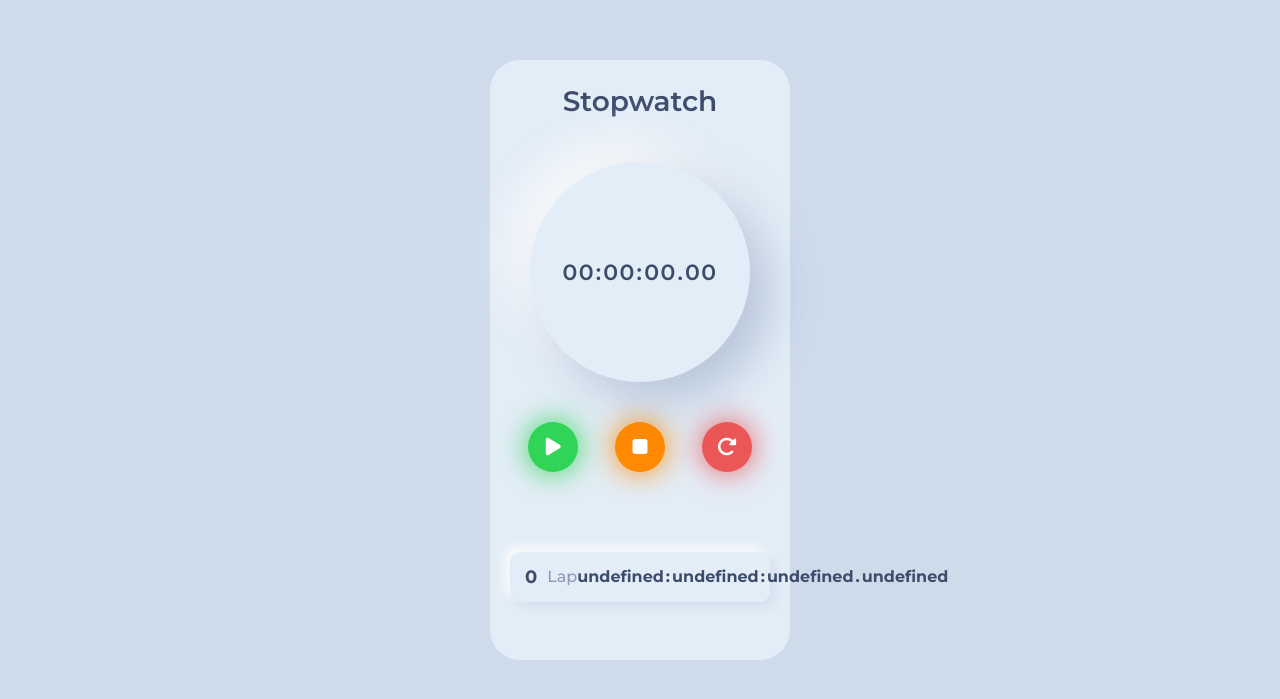
Repository: dinhtri123/stopwatch
Page: index.html
These files come from the project's save history. The page is drawn as it stood at one moment and after a run of saves; the edit follows.
The browser window is 1280 px wide. The pictures show the whole page.
After loading, the first visible `button.btn-reset` was clicked once.

Above is the page before, as saved 2023-01-05 15:26:06.

### index.html
<!DOCTYPE html>
<html lang="en">
  <head>
    <meta charset="UTF-8" />
    <meta http-equiv="X-UA-Compatible" content="IE=edge" />
    <meta name="viewport" content="width=device-width, initial-scale=1.0" />
    <link
      rel="stylesheet"
      href="https://cdnjs.cloudflare.com/ajax/libs/font-awesome/6.2.1/css/all.min.css"
    />
    <title>Stop Watch</title>
    <link rel="stylesheet" href="style.css" />
  </head>
  <body>
    <div class="wrapper">
      <h3>Stopwatch</h3>
      <div class="timer">
        <div class="effects"></div>
        <p class="hours">00</p>
        <span>:</span>
        <p class="minutes">00</p>
        <span>:</span>
        <p class="seconds">00</p>
        <span>.</span>
        <p class="milis">00</p>
      </div>
      <div class="btn">
        <button class="btn-start">
          <i class="fa-solid fa-play start"></i>
        </button>
        <button class="btn-stop" disabled>
          <i class="fa-solid fa-stop stop"></i>
        </button>
        <button class="btn-reset">
          <i class="fa-solid fa-rotate-right reset"></i>
        </button>
      </div>
      <div class="history">
        <!-- <div class="lap">
          <div class="number-lap">
            <p>1</p>
            <span>Lap</span>
          </div>
          <div class="timer-lap">
            <p>01</p>
            <span>:</span>
            <p>00</p>
            <span>:</span>
            <p>00</p>
          </div>
        </div> -->
      </div>
    </div>
  </body>
  <script src="index.js"></script>
</html>

### style.css
@import url("https://fonts.googleapis.com/css2?family=Montserrat:wght@400;500;600;700&display=swap");
* {
  margin: 0;
  padding: 0;
  box-sizing: border-box;
  font-family: "Montserrat", sans-serif;
}
body {
  width: 100%;
  min-height: 100vh;
  height: 100%;
  font-size: 16px;
  line-height: 1.5;
  font-weight: 400;
  background-color: #cddbeb;
  display: flex;
  justify-content: center;
  align-items: center;
}
.wrapper {
  width: 300px;
  height: 600px;
  border-radius: 30px;
  background: #e3edf7;
  padding: 20px;
  display: flex;
  flex-direction: column;
  justify-content: flex-start;
  align-items: center;
  gap: 40px;
}
h3 {
  font-size: 28px;
  color: #3c4c6b;
  text-align: center;
  font-weight: 600;
}
.timer {
  background-color: #e3edf7;
  width: 220px;
  height: 220px;
  border-radius: 50%;
  display: flex;
  justify-content: center;
  align-items: center;
  gap: 3px;
  box-shadow: 20px 20px 45px #6a80a85d, -20px -20px 45px #fbfbfbd9;
  font-size: 22px;
  font-weight: 600;
  color: #3c4c6b;
  letter-spacing: 1.5px;
  position: relative;
}
.timer > p {
  width: 28px;
  display: flex;
  justify-content: center;
  align-items: center;
}
.effects {
  position: absolute;
  inset: 0;
  width: 220px;
  height: 220px;
  border-radius: 50%;
  border-top: 3px solid #6a80a899;
  border-right: 3px solid transparent;
  animation: during 1s linear infinite;
  display: none;
}
.effects:before {
  content: "";
  position: absolute;
  top: 29px;
  right: 22px;
  width: 10px;
  height: 10px;
  border-radius: 50%;
  background-color: #3c4c6bb7;
  box-shadow: 0px 0px 10px #3c4c6b;
}
@keyframes during {
  to {
    transform: rotate(360deg);
  }
}

.btn {
  width: 100%;
  display: flex;
  justify-content: space-around;
}
button {
  background-color: #e3edf7;
  border: none;
  outline: none;
  border-radius: 50%;
  width: 50px;
  height: 50px;
  font-weight: 700;
  color: #3c4c6b;
  cursor: pointer;
  font-size: 20px;
  display: flex;
  justify-content: center;
  align-items: center;
  color: white;
}
.btn-start {
  background: #30d457;
  /* box-shadow: 5px 5px 10px #30d4569d, -5px -5px 10px #fbfbfb; */
  box-shadow: 0px 0px 30px #30d456fd;
}
.btn-stop {
  background: #ff8900;
  /* box-shadow: 5px 5px 10px #ff8900, -5px -5px 10px #fbfbfb; */
  box-shadow: 0px 0px 30px #ff8900;
  cursor: not-allowed;
}
.btn-reset {
  background-color: #eb5757;
  /* box-shadow: 5px 5px 10px #eb5757, -5px -5px 10px #fbfbfb; */

  box-shadow: 0px 0px 30px #eb5757;
}

.history {
  width: 100%;
  display: flex;
  flex-direction: column;
  gap: 20px;
}
.lap {
  width: 100%;
  height: 50px;
  background-color: #e3edf7;
  border-radius: 10px;
  box-shadow: 5px 5px 10px #6a80a81e, -5px -5px 10px #fbfbfb;
  display: flex;
  justify-content: space-between;
  align-items: center;
  padding: 10px 15px;
}
.number-lap {
  display: flex;
  align-items: center;
  gap: 10px;
}
.number-lap > p {
  font-size: 18px;
  font-weight: 700;
  color: #3c4c6b;
}
.number-lap > span {
  font-weight: 500;
  color: #8c9bb2;
}
.timer-lap {
  display: flex;
  gap: 2px;
  color: #3c4c6b;
  font-weight: 700;
  letter-spacing: 1.5;
}

.btn-disabled {
  cursor: not-allowed;
}
.btn-enabled {
  cursor: pointer;
}

### index.js
const btnStart = document.querySelector(".btn-start");
const btnStop = document.querySelector(".btn-stop");
const btnReset = document.querySelector(".btn-reset");

const miliseconds = document.querySelector(".milis");
const seconds = document.querySelector(".seconds");
const minutes = document.querySelector(".minutes");
const hours = document.querySelector(".hours");

const iconStart = document.querySelector(".start");
const iconStop = document.querySelector(".stop");
const iconReset = document.querySelector(".reset");

const effects = document.querySelector(".effects");

let interval;
let milis = 0;
let sec = 0;
let min = 0;
let hrs = 0;

btnStart.addEventListener("click", function () {
  effects.style.display = "block";
  effects.style.animationPlayState = "running";

  interval = setInterval(() => {
    milis++;
    let timerMilis = milis < 10 ? "0" + milis : milis;
    miliseconds.textContent = timerMilis > 99 ? (milis = "0" + 0) : timerMilis;
    if (timerMilis === 100) {
      sec++;
      let timer = sec < 10 ? "0" + sec : sec;
      seconds.textContent = timer > 59 ? (sec = "0" + 0) : timer;
      if (timer === 60) {
        min++;
        let timerMin = min < 10 ? "0" + min : min;
        if (min === 60) {
          hrs++;
          hours.textContent = hrs < 10 ? "0" + hrs : hrs;
        }
        minutes.textContent = timerMin > 59 ? (min = "0" + 0) : timerMin;
      }
    }
  }, 10);

  if (iconStart.className.includes("fa-play")) {
    iconStart.className = iconStart.className.replace("fa-play", "fa-pause");
    this.disabled = true;
    this.classList.add("btn-disabled");
    btnStop.classList.add("btn-enabled");
    btnStop.disabled = false;
  } else {
    iconStart.className = iconStart.className.replace("fa-pause", "fa-play");
  }
});

btnStop.addEventListener("click", function () {
  effects.style.animationPlayState = "paused";
  btnStart.disabled = false;
  btnStart.classList.remove("btn-disabled");
  this.disabled = true;
  this.classList.remove("btn-enabled");
  iconStart.className = iconStart.className.replace("fa-pause", "fa-play");
  clearInterval(interval);
});

let storageTimer = [];
btnReset.addEventListener("click", function () {
  let storeValues = { hrs, min, sec, milis };
  storageTimer.push(storeValues);

  localStorage.setItem("timer", JSON.stringify(storageTimer));
  console.log(storageTimer);
  effects.style.display = "none";
  miliseconds.textContent = "00";
  seconds.textContent = "00";
  minutes.textContent = "00";
  hours.textContent = "00";
  btnStart.disabled = false;
  btnStart.classList.remove("btn-disabled");
  btnStop.disabled = true;
  btnStop.classList.remove("btn-enabled");
  iconStart.className = iconStart.className.replace("fa-pause", "fa-play");
  clearInterval(interval);
  milis = 0;
  sec = 0;
  min = 0;
  hrs = 0;

  const history = document.querySelector(".history");
  const getTimerStorage = JSON.parse(localStorage.getItem("timer"));
  for (let i = 0; i < getTimerStorage.length; i++) {

    const template = `<div class="lap">
    <div class="number-lap">
      <p>${i}</p>
      <span>Lap</span>
    </div>
    <div class="timer-lap">
      <p>${getTimerStorage[i][0]}</p>
      <span>:</span>
      <p>${getTimerStorage[i][1]}</p>
      <span>:</span>
      <p>${getTimerStorage[i][2]}</p>
      <span>.</span>
      <p>${getTimerStorage[i][3]}</p>
    </div>
  </div>`;
    history.insertAdjacentHTML("afterend", template);
  }
});

After the next 2 saves:
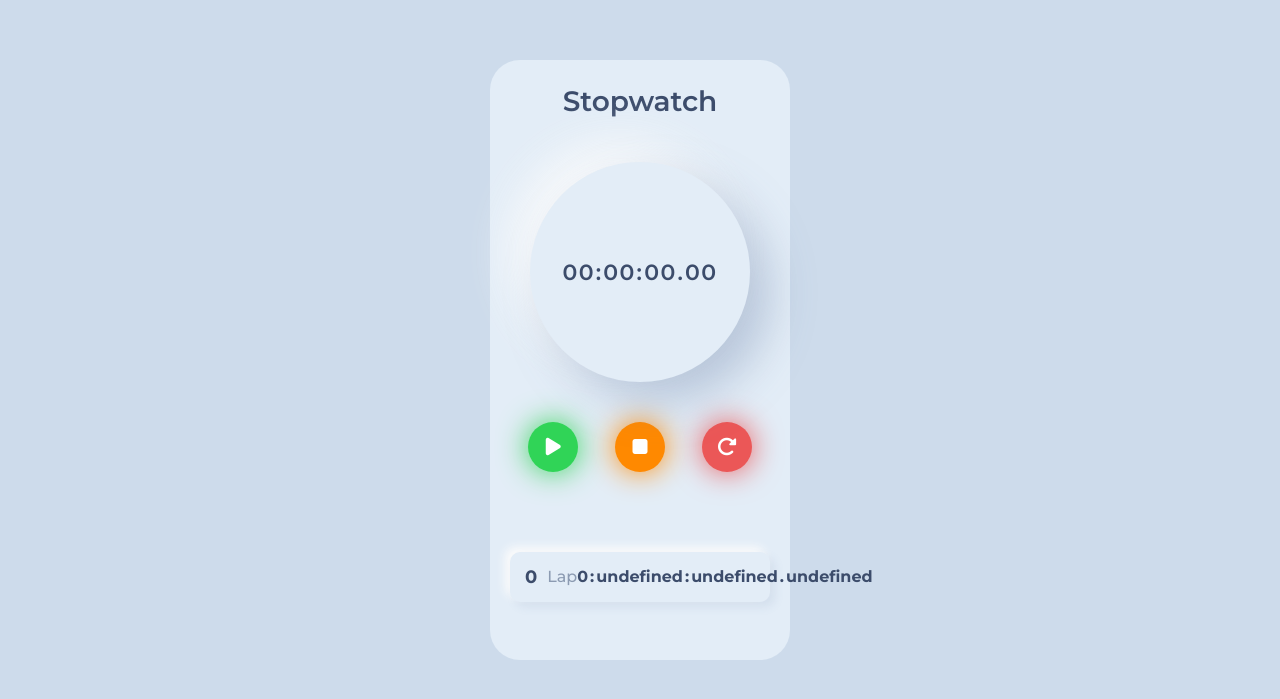
The 2 saves are shown as one change because they came seconds apart.
The last was saved 64 s later.
--- a/index.js
+++ b/index.js
@@ -90,14 +90,13 @@ btnReset.addEventListener("click", function () {
   const history = document.querySelector(".history");
   const getTimerStorage = JSON.parse(localStorage.getItem("timer"));
   for (let i = 0; i < getTimerStorage.length; i++) {
-
     const template = `<div class="lap">
     <div class="number-lap">
       <p>${i}</p>
       <span>Lap</span>
     </div>
     <div class="timer-lap">
-      <p>${getTimerStorage[i][0]}</p>
+      <p>${getTimerStorage[i]["hrs"]}</p>
       <span>:</span>
       <p>${getTimerStorage[i][1]}</p>
       <span>:</span>
